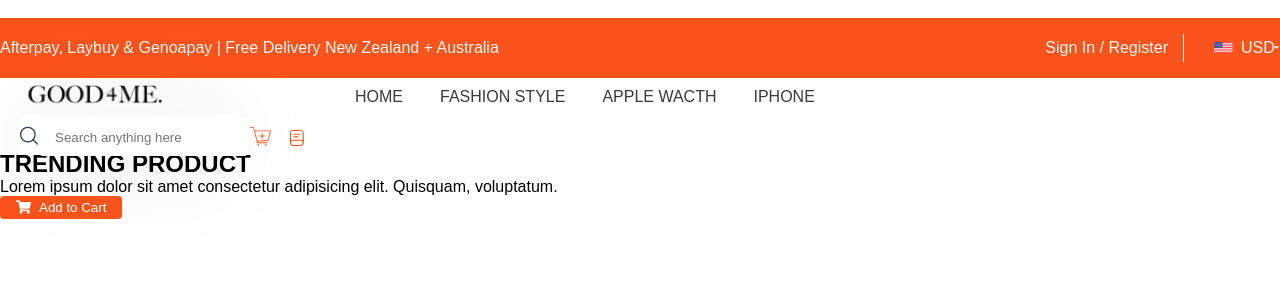
Repository: ThuatDev/shoppe_ale
Page: index.html
An editor plug-in stored every save of this project. The page is shown before and after the next save, followed by the edit.
The browser window is 1280 px wide. The pictures show the whole page.
Some web fonts or font styles are not loaded; a fallback is used.

Above is the page before, as saved 2023-08-07 17:58:23.

### index.html
<!DOCTYPE html>
<html lang="en">
  <head>
    <meta charset="UTF-8" />
    <meta name="viewport" content="width=device-width, initial-scale=1.0" />
    <title>Document</title>
    <link rel="stylesheet" href="./asset/css/style.css" />
    <link href="https://fonts.cdnfonts.com/css/gilroy-bold" rel="stylesheet" />
    <!-- import font awesome -->
    <link
      rel="stylesheet"
      href="https://cdnjs.cloudflare.com/ajax/libs/font-awesome/5.15.3/css/all.min.css"
    />
    <!-- reponsive cho mobi và tablet -->
    <link
      rel="stylesheet"
      media="screen and (max-width: 768px)"
      href="./asset/css/responsive.css"
    />
    <link
      rel="stylesheet"
      href="https://cdn.jsdelivr.net/npm/boxicons@2.0.9/css/boxicons.min.css"
    />
    <style></style>
  </head>
  <body>
    <i class="bx bx-page"></i>
    <header class="header">
      <div class="top-bar">
        <div class="site">
          <div class="site-info">
            <p class="site-desc">
              Afterpay, Laybuy & Genoapay | Free Delivery New Zealand +
              Australia
            </p>
          </div>
          <div class="user-actions">
            <div class="currency">
              <button class="sign-in-btn">Sign In / Register</button>
              <svg
                class="currency-icon"
                xmlns="http://www.w3.org/2000/svg"
                width="19"
                height="11"
                viewBox="0 0 19 11"
                fill="none"
              >
                <path
                  d="M16.9469 0.109375H1.37195C0.614218 0.109375 0 0.661118 0 1.34177V9.65821C0 10.3388 0.614218 10.8906 1.37195 10.8906H16.9469C17.7046 10.8906 18.3188 10.3389 18.3188 9.65821V1.34177C18.3188 0.661118 17.7046 0.109375 16.9469 0.109375Z"
                  fill="#EEEEEE"
                />
                <path
                  d="M0.0754395 0.938708H18.2433C18.0574 0.456066 17.5473 0.109375 16.9468 0.109375H1.37192C0.771411 0.109375 0.261382 0.456066 0.0754395 0.938708Z"
                  fill="#FF4B55"
                />
                <path
                  d="M18.3188 3.42651H0V4.25581H18.3188V3.42651Z"
                  fill="#FF4B55"
                />
                <path
                  d="M18.3188 1.76782H0V2.59712H18.3188V1.76782Z"
                  fill="#FF4B55"
                />
                <path
                  d="M0 5.63081C0 5.78749 0.141434 5.91454 0.315857 5.91454H18.3188V5.08521H0V5.63081Z"
                  fill="#FF4B55"
                />
                <path
                  d="M18.3188 8.40283H0V9.23217H18.3188V8.40283Z"
                  fill="#FF4B55"
                />
                <path
                  d="M18.2433 10.0613H0.0754395C0.261382 10.5439 0.771445 10.8906 1.37192 10.8906H16.9468C17.5473 10.8906 18.0573 10.5439 18.2433 10.0613Z"
                  fill="#FF4B55"
                />
                <path
                  d="M18.3188 6.74414H0V7.57344H18.3188V6.74414Z"
                  fill="#FF4B55"
                />
                <path
                  d="M0.315859 5.91467H8.21197C8.3864 5.91467 8.52783 5.78763 8.52783 5.63094V0.393104C8.52783 0.236391 8.3864 0.109375 8.21197 0.109375H1.37195C0.614222 0.109407 0 0.661149 0 1.3418V5.63094C0 5.78766 0.141435 5.91467 0.315859 5.91467Z"
                  fill="#41479B"
                />
                <path
                  d="M0.886873 0.760967L0.956786 0.949306L1.17779 0.950816C1.20642 0.951041 1.21826 0.983824 1.19526 0.99909L1.01747 1.11701L1.08416 1.30628C1.09282 1.33077 1.06173 1.35108 1.03843 1.33611L0.858643 1.22069L0.678851 1.33614C0.655559 1.35112 0.624538 1.3308 0.633125 1.30631L0.699818 1.11704L0.52203 0.999122C0.499024 0.983824 0.510867 0.951041 0.53949 0.950848L0.7605 0.949338L0.830413 0.760999C0.839429 0.736573 0.877785 0.736573 0.886873 0.760967Z"
                  fill="#EEEEEE"
                />
                <path
                  d="M0.886873 1.74605L0.956786 1.93439L1.17779 1.9359C1.20642 1.93613 1.21826 1.96888 1.19526 1.98417L1.01747 2.10213L1.08416 2.2914C1.09282 2.31589 1.06173 2.3362 1.03843 2.32122L0.858643 2.20581L0.678851 2.32125C0.655559 2.3362 0.624538 2.31592 0.633125 2.29143L0.699818 2.10216L0.52203 1.98421C0.499024 1.96891 0.510867 1.93616 0.53949 1.93593L0.7605 1.93442L0.830413 1.74608C0.839429 1.72169 0.877785 1.72169 0.886873 1.74605Z"
                  fill="#EEEEEE"
                />
                <path
                  d="M0.886873 2.73118L0.956786 2.91952L1.17779 2.92103C1.20642 2.92126 1.21826 2.95401 1.19526 2.96931L1.01747 3.08726L1.08416 3.27653C1.09282 3.30102 1.06173 3.32133 1.03843 3.30635L0.858643 3.19094L0.678851 3.30639C0.655559 3.32133 0.624538 3.30108 0.633125 3.27656L0.699818 3.08729L0.52203 2.96934C0.499024 2.95404 0.510867 2.92129 0.53949 2.92106L0.7605 2.91955L0.830413 2.73121C0.839429 2.70679 0.877785 2.70679 0.886873 2.73118Z"
                  fill="#EEEEEE"
                />
                <path
                  d="M0.886873 3.71629L0.956786 3.90463L1.17779 3.90614C1.20642 3.90636 1.21826 3.93915 1.19526 3.95441L1.01747 4.07236L1.08416 4.26164C1.09282 4.28613 1.06173 4.30644 1.03843 4.29146L0.858643 4.17605L0.678851 4.29149C0.655559 4.30644 0.624538 4.28616 0.633125 4.26167L0.699818 4.0724L0.52203 3.95444C0.499024 3.93921 0.510867 3.9064 0.53949 3.90617L0.7605 3.90466L0.830413 3.71632C0.839429 3.6919 0.877785 3.6919 0.886873 3.71629Z"
                  fill="#EEEEEE"
                />
                <path
                  d="M0.886873 4.70162L0.956786 4.88996L1.17779 4.89147C1.20642 4.89169 1.21826 4.92444 1.19526 4.93974L1.01747 5.05769L1.08416 5.24696C1.09282 5.27145 1.06173 5.29177 1.03843 5.27679L0.858643 5.16138L0.678851 5.27682C0.655559 5.29177 0.624538 5.27149 0.633125 5.247L0.699818 5.05772L0.52203 4.93977C0.499024 4.92447 0.510867 4.89172 0.53949 4.8915L0.7605 4.88999L0.830413 4.70165C0.839429 4.67725 0.877785 4.67726 0.886873 4.70162Z"
                  fill="#EEEEEE"
                />
                <path
                  d="M1.73819 1.24386L1.8081 1.4322L2.02911 1.43371C2.05774 1.43393 2.06958 1.46671 2.04657 1.48198L1.86879 1.59993L1.93548 1.7892C1.94414 1.8137 1.91305 1.83401 1.88975 1.81903L1.70996 1.70358L1.53017 1.81903C1.50688 1.83398 1.47586 1.8137 1.48444 1.7892L1.55114 1.59993L1.37335 1.48198C1.35034 1.46668 1.36219 1.43393 1.39081 1.43371L1.61182 1.4322L1.68173 1.24386C1.69075 1.2195 1.72914 1.2195 1.73819 1.24386Z"
                  fill="#EEEEEE"
                />
                <path
                  d="M1.73819 2.22899L1.8081 2.41733L2.02911 2.41884C2.05774 2.41906 2.06958 2.45185 2.04657 2.46711L1.86879 2.58507L1.93548 2.77434C1.94414 2.79883 1.91305 2.81914 1.88975 2.80416L1.70996 2.68872L1.53017 2.80416C1.50688 2.81911 1.47586 2.79886 1.48444 2.77434L1.55114 2.58507L1.37335 2.46711C1.35034 2.45188 1.36219 2.41906 1.39081 2.41884L1.61182 2.41733L1.68173 2.22899C1.69075 2.20459 1.72914 2.20459 1.73819 2.22899Z"
                  fill="#EEEEEE"
                />
                <path
                  d="M1.73819 3.21434L1.8081 3.40268L2.02911 3.40419C2.05774 3.40441 2.06958 3.43716 2.04657 3.45246L1.86879 3.57042L1.93548 3.75969C1.94414 3.78418 1.91305 3.80449 1.88975 3.78951L1.70996 3.67407L1.53017 3.78951C1.50688 3.80446 1.47586 3.78418 1.48444 3.75969L1.55114 3.57042L1.37335 3.45246C1.35034 3.43716 1.36219 3.40441 1.39081 3.40419L1.61182 3.40268L1.68173 3.21434C1.69075 3.18995 1.72914 3.18995 1.73819 3.21434Z"
                  fill="#EEEEEE"
                />
                <path
                  d="M1.73819 4.19942L1.8081 4.38776L2.02911 4.38927C2.05774 4.3895 2.06958 4.42225 2.04657 4.43755L1.86879 4.5555L1.93548 4.74477C1.94414 4.76926 1.91305 4.78957 1.88975 4.7746L1.70996 4.65915L1.53017 4.7746C1.50688 4.78957 1.47586 4.76926 1.48444 4.74477L1.55114 4.5555L1.37335 4.43755C1.35034 4.42225 1.36219 4.3895 1.39081 4.38927L1.61182 4.38776L1.68173 4.19942C1.69075 4.17506 1.72914 4.17506 1.73819 4.19942Z"
                  fill="#EEEEEE"
                />
                <path
                  d="M2.58944 0.760727L2.65934 0.949066L2.88031 0.950576C2.90893 0.950801 2.92077 0.983584 2.89777 0.99885L2.72002 1.11677L2.7867 1.30604C2.79535 1.33053 2.76427 1.35084 2.74098 1.33587L2.56122 1.22042L2.38146 1.33587C2.35817 1.35084 2.32715 1.33053 2.33574 1.30604L2.40242 1.11677L2.22466 0.99885C2.20166 0.983552 2.2135 0.950769 2.24212 0.950576L2.46309 0.949066L2.53299 0.760727C2.54201 0.736333 2.58039 0.736333 2.58944 0.760727Z"
                  fill="#EEEEEE"
                />
                <path
                  d="M2.58944 1.74605L2.65934 1.93439L2.88031 1.9359C2.90893 1.93613 2.92077 1.96888 2.89777 1.98418L2.72002 2.10213L2.7867 2.2914C2.79535 2.31589 2.76427 2.33621 2.74098 2.32123L2.56122 2.20578L2.38146 2.32123C2.35817 2.33617 2.32715 2.31589 2.33574 2.2914L2.40242 2.10213L2.22466 1.98418C2.20166 1.96888 2.2135 1.93613 2.24212 1.9359L2.46309 1.93439L2.53299 1.74605C2.54201 1.72169 2.58039 1.72169 2.58944 1.74605Z"
                  fill="#EEEEEE"
                />
                <path
                  d="M2.58944 2.73119L2.65934 2.91952L2.88031 2.92104C2.90893 2.92126 2.92077 2.95401 2.89777 2.96931L2.72002 3.08726L2.7867 3.27653C2.79535 3.30102 2.76427 3.32134 2.74098 3.30636L2.56122 3.19091L2.38146 3.30636C2.35817 3.3213 2.32715 3.30106 2.33574 3.27653L2.40242 3.08726L2.22466 2.96931C2.20166 2.95401 2.2135 2.92126 2.24212 2.92104L2.46309 2.91952L2.53299 2.73119C2.54201 2.70679 2.58039 2.70679 2.58944 2.73119Z"
                  fill="#EEEEEE"
                />
                <path
                  d="M2.58944 3.71654L2.65934 3.90488L2.88031 3.90639C2.90893 3.90661 2.92077 3.93939 2.89777 3.95466L2.72002 4.07261L2.7867 4.26188C2.79535 4.28637 2.76427 4.30669 2.74098 4.29171L2.56122 4.17626L2.38146 4.29171C2.35817 4.30665 2.32715 4.28637 2.33574 4.26188L2.40242 4.07261L2.22466 3.95466C2.20166 3.93943 2.2135 3.90661 2.24212 3.90639L2.46309 3.90488L2.53299 3.71654C2.54201 3.69214 2.58039 3.69214 2.58944 3.71654Z"
                  fill="#EEEEEE"
                />
                <path
                  d="M2.58944 4.70162L2.65934 4.88996L2.88031 4.89147C2.90893 4.8917 2.92077 4.92445 2.89777 4.93974L2.72002 5.0577L2.7867 5.24697C2.79535 5.27146 2.76427 5.29177 2.74098 5.27679L2.56122 5.16135L2.38146 5.27679C2.35817 5.29174 2.32715 5.27146 2.33574 5.24697L2.40242 5.0577L2.22466 4.93974C2.20166 4.92445 2.2135 4.8917 2.24212 4.89147L2.46309 4.88996L2.53299 4.70162C2.54201 4.67726 2.58039 4.67726 2.58944 4.70162Z"
                  fill="#EEEEEE"
                />
                <path
                  d="M3.44083 1.24386L3.51074 1.4322L3.73175 1.43371C3.76037 1.43393 3.77222 1.46671 3.74921 1.48198L3.57142 1.59993L3.63812 1.7892C3.64677 1.8137 3.61568 1.83401 3.59239 1.81903L3.4126 1.70358L3.23281 1.81903C3.20951 1.83398 3.17849 1.8137 3.18708 1.7892L3.25377 1.59993L3.07598 1.48198C3.05298 1.46668 3.06482 1.43393 3.09345 1.43371L3.31445 1.4322L3.38437 1.24386C3.39335 1.2195 3.43178 1.2195 3.44083 1.24386Z"
                  fill="#EEEEEE"
                />
                <path
                  d="M3.44083 2.22899L3.51074 2.41733L3.73175 2.41884C3.76037 2.41906 3.77222 2.45185 3.74921 2.46711L3.57142 2.58507L3.63812 2.77434C3.64677 2.79883 3.61568 2.81914 3.59239 2.80416L3.4126 2.68872L3.23281 2.80416C3.20951 2.81911 3.17849 2.79886 3.18708 2.77434L3.25377 2.58507L3.07598 2.46711C3.05298 2.45188 3.06482 2.41906 3.09345 2.41884L3.31445 2.41733L3.38437 2.22899C3.39335 2.20459 3.43178 2.20459 3.44083 2.22899Z"
                  fill="#EEEEEE"
                />
                <path
                  d="M3.44083 3.21434L3.51074 3.40268L3.73175 3.40419C3.76037 3.40441 3.77222 3.43716 3.74921 3.45246L3.57142 3.57042L3.63812 3.75969C3.64677 3.78418 3.61568 3.80449 3.59239 3.78951L3.4126 3.67407L3.23281 3.78951C3.20951 3.80446 3.17849 3.78418 3.18708 3.75969L3.25377 3.57042L3.07598 3.45246C3.05298 3.43716 3.06482 3.40441 3.09345 3.40419L3.31445 3.40268L3.38437 3.21434C3.39335 3.18995 3.43178 3.18995 3.44083 3.21434Z"
                  fill="#EEEEEE"
                />
                <path
                  d="M3.44083 4.19942L3.51074 4.38776L3.73175 4.38927C3.76037 4.3895 3.77222 4.42225 3.74921 4.43755L3.57142 4.5555L3.63812 4.74477C3.64677 4.76926 3.61568 4.78957 3.59239 4.7746L3.4126 4.65915L3.23281 4.7746C3.20951 4.78957 3.17849 4.76926 3.18708 4.74477L3.25377 4.5555L3.07598 4.43755C3.05298 4.42225 3.06482 4.3895 3.09345 4.38927L3.31445 4.38776L3.38437 4.19942C3.39335 4.17506 3.43178 4.17506 3.44083 4.19942Z"
                  fill="#EEEEEE"
                />
                <path
                  d="M4.29211 0.760723L4.36203 0.949062L4.58307 0.950572C4.61169 0.950797 4.62354 0.98358 4.60053 0.998846L4.42272 1.11677L4.48942 1.30604C4.49808 1.33053 4.46698 1.35084 4.44369 1.33586L4.26384 1.22045L4.08402 1.33589C4.06073 1.35087 4.0297 1.33056 4.03829 1.30607L4.10499 1.1168L3.92718 0.998878C3.90417 0.98358 3.91602 0.950797 3.94465 0.950604L4.16568 0.949094L4.2356 0.760755C4.24466 0.736329 4.28305 0.736329 4.29211 0.760723Z"
                  fill="#EEEEEE"
                />
                <path
                  d="M4.29211 1.74605L4.36203 1.93439L4.58307 1.9359C4.61169 1.93613 4.62354 1.96888 4.60053 1.98418L4.42272 2.10213L4.48942 2.2914C4.49808 2.31589 4.46698 2.33621 4.44369 2.32123L4.26384 2.20578L4.08402 2.32123C4.06073 2.33617 4.0297 2.31589 4.03829 2.2914L4.10499 2.10213L3.92718 1.98418C3.90417 1.96888 3.91602 1.93613 3.94465 1.9359L4.16568 1.93439L4.2356 1.74605C4.24466 1.72169 4.28305 1.72169 4.29211 1.74605Z"
                  fill="#EEEEEE"
                />
                <path
                  d="M4.29211 2.73119L4.36203 2.91953L4.58307 2.92104C4.61169 2.92126 4.62354 2.95401 4.60053 2.96931L4.42272 3.08727L4.48942 3.27654C4.49808 3.30103 4.46698 3.32134 4.44369 3.30636L4.26384 3.19088L4.08402 3.30633C4.06073 3.32127 4.0297 3.30099 4.03829 3.2765L4.10499 3.08723L3.92718 2.96928C3.90417 2.95398 3.91602 2.92123 3.94465 2.92101L4.16568 2.9195L4.2356 2.73116C4.24466 2.7068 4.28305 2.7068 4.29211 2.73119Z"
                  fill="#EEEEEE"
                />
                <path
                  d="M4.29211 3.71654L4.36203 3.90488L4.58307 3.90639C4.61169 3.90661 4.62354 3.93939 4.60053 3.95466L4.42272 4.07261L4.48942 4.26188C4.49808 4.28637 4.46698 4.30669 4.44369 4.29171L4.26384 4.17626L4.08402 4.29171C4.06073 4.30665 4.0297 4.28637 4.03829 4.26188L4.10499 4.07261L3.92718 3.95466C3.90417 3.93943 3.91602 3.90661 3.94465 3.90639L4.16568 3.90488L4.2356 3.71654C4.24466 3.69214 4.28305 3.69214 4.29211 3.71654Z"
                  fill="#EEEEEE"
                />
                <path
                  d="M4.29211 4.70162L4.36203 4.88996L4.58307 4.89147C4.61169 4.8917 4.62354 4.92445 4.60053 4.93974L4.42272 5.0577L4.48942 5.24697C4.49808 5.27146 4.46698 5.29177 4.44369 5.27679L4.26384 5.16135L4.08402 5.27679C4.06073 5.29174 4.0297 5.27146 4.03829 5.24697L4.10499 5.0577L3.92718 4.93974C3.90417 4.92445 3.91602 4.8917 3.94465 4.89147L4.16568 4.88996L4.2356 4.70162C4.24466 4.67726 4.28305 4.67726 4.29211 4.70162Z"
                  fill="#EEEEEE"
                />
                <path
                  d="M5.14346 1.24386L5.21338 1.4322L5.43439 1.43371C5.46301 1.43393 5.47485 1.46671 5.45185 1.48198L5.27406 1.59993L5.34075 1.7892C5.34941 1.8137 5.31832 1.83401 5.29503 1.81903L5.11523 1.70358L4.93544 1.81903C4.91215 1.83398 4.88113 1.8137 4.88972 1.7892L4.95641 1.59993L4.77862 1.48198C4.75562 1.46668 4.76746 1.43393 4.79608 1.43371L5.01709 1.4322L5.087 1.24386C5.09606 1.2195 5.13441 1.2195 5.14346 1.24386Z"
                  fill="#EEEEEE"
                />
                <path
                  d="M5.14346 2.22899L5.21338 2.41733L5.43439 2.41884C5.46301 2.41906 5.47485 2.45185 5.45185 2.46711L5.27406 2.58507L5.34075 2.77434C5.34941 2.79883 5.31832 2.81914 5.29503 2.80416L5.11523 2.68872L4.93544 2.80416C4.91215 2.81911 4.88113 2.79886 4.88972 2.77434L4.95641 2.58507L4.77862 2.46711C4.75562 2.45188 4.76746 2.41906 4.79608 2.41884L5.01709 2.41733L5.087 2.22899C5.09606 2.20459 5.13441 2.20459 5.14346 2.22899Z"
                  fill="#EEEEEE"
                />
                <path
                  d="M5.14346 3.21434L5.21338 3.40268L5.43439 3.40419C5.46301 3.40441 5.47485 3.43716 5.45185 3.45246L5.27406 3.57042L5.34075 3.75969C5.34941 3.78418 5.31832 3.80449 5.29503 3.78951L5.11523 3.67407L4.93544 3.78951C4.91215 3.80446 4.88113 3.78418 4.88972 3.75969L4.95641 3.57042L4.77862 3.45246C4.75562 3.43716 4.76746 3.40441 4.79608 3.40419L5.01709 3.40268L5.087 3.21434C5.09606 3.18995 5.13441 3.18995 5.14346 3.21434Z"
                  fill="#EEEEEE"
                />
                <path
                  d="M5.14346 4.19942L5.21338 4.38776L5.43439 4.38927C5.46301 4.3895 5.47485 4.42225 5.45185 4.43755L5.27406 4.5555L5.34075 4.74477C5.34941 4.76926 5.31832 4.78957 5.29503 4.7746L5.11523 4.65915L4.93544 4.7746C4.91215 4.78957 4.88113 4.76926 4.88972 4.74477L4.95641 4.5555L4.77862 4.43755C4.75562 4.42225 4.76746 4.3895 4.79608 4.38927L5.01709 4.38776L5.087 4.19942C5.09606 4.17506 5.13441 4.17506 5.14346 4.19942Z"
                  fill="#EEEEEE"
                />
                <path
                  d="M5.99466 0.760727L6.06457 0.949066L6.28558 0.950576C6.31421 0.950801 6.32605 0.983584 6.30304 0.99885L6.12526 1.11677L6.19195 1.30604C6.20061 1.33053 6.16951 1.35084 6.14622 1.33587L5.96643 1.22042L5.78664 1.33587C5.76335 1.35084 5.73233 1.33053 5.74091 1.30604L5.80761 1.11677L5.62982 0.99885C5.60681 0.983552 5.61865 0.950769 5.64728 0.950576L5.86829 0.949066L5.9382 0.760727C5.94718 0.736333 5.98561 0.736333 5.99466 0.760727Z"
                  fill="#EEEEEE"
                />
                <path
                  d="M5.99466 1.74605L6.06457 1.93439L6.28558 1.9359C6.31421 1.93613 6.32605 1.96888 6.30304 1.98418L6.12526 2.10213L6.19195 2.2914C6.20061 2.31589 6.16951 2.33621 6.14622 2.32123L5.96643 2.20578L5.78664 2.32123C5.76335 2.33617 5.73233 2.31589 5.74091 2.2914L5.80761 2.10213L5.62982 1.98418C5.60681 1.96888 5.61865 1.93613 5.64728 1.9359L5.86829 1.93439L5.9382 1.74605C5.94718 1.72169 5.98561 1.72169 5.99466 1.74605Z"
                  fill="#EEEEEE"
                />
                <path
                  d="M5.99466 2.73119L6.06457 2.91952L6.28558 2.92104C6.31421 2.92126 6.32605 2.95401 6.30304 2.96931L6.12526 3.08726L6.19195 3.27653C6.20061 3.30102 6.16951 3.32134 6.14622 3.30636L5.96643 3.19091L5.78664 3.30636C5.76335 3.3213 5.73233 3.30106 5.74091 3.27653L5.80761 3.08726L5.62982 2.96931C5.60681 2.95401 5.61865 2.92126 5.64728 2.92104L5.86829 2.91952L5.9382 2.73119C5.94718 2.70679 5.98561 2.70679 5.99466 2.73119Z"
                  fill="#EEEEEE"
                />
                <path
                  d="M5.99466 3.71654L6.06457 3.90488L6.28558 3.90639C6.31421 3.90661 6.32605 3.93939 6.30304 3.95466L6.12526 4.07261L6.19195 4.26188C6.20061 4.28637 6.16951 4.30669 6.14622 4.29171L5.96643 4.17626L5.78664 4.29171C5.76335 4.30665 5.73233 4.28637 5.74091 4.26188L5.80761 4.07261L5.62982 3.95466C5.60681 3.93943 5.61865 3.90661 5.64728 3.90639L5.86829 3.90488L5.9382 3.71654C5.94718 3.69214 5.98561 3.69214 5.99466 3.71654Z"
                  fill="#EEEEEE"
                />
                <path
                  d="M5.99466 4.70162L6.06457 4.88996L6.28558 4.89147C6.31421 4.8917 6.32605 4.92445 6.30304 4.93974L6.12526 5.0577L6.19195 5.24697C6.20061 5.27146 6.16951 5.29177 6.14622 5.27679L5.96643 5.16135L5.78664 5.27679C5.76335 5.29174 5.73233 5.27146 5.74091 5.24697L5.80761 5.0577L5.62982 4.93974C5.60681 4.92445 5.61865 4.8917 5.64728 4.89147L5.86829 4.88996L5.9382 4.70162C5.94718 4.67726 5.98561 4.67726 5.99466 4.70162Z"
                  fill="#EEEEEE"
                />
                <path
                  d="M6.8461 1.24386L6.91601 1.4322L7.13702 1.43371C7.16565 1.43393 7.17749 1.46671 7.15448 1.48198L6.9767 1.59993L7.04339 1.7892C7.05205 1.8137 7.02096 1.83401 6.99766 1.81903L6.81787 1.70358L6.63808 1.81903C6.61479 1.83398 6.58377 1.8137 6.59235 1.7892L6.65905 1.59993L6.48126 1.48198C6.45825 1.46668 6.47009 1.43393 6.49872 1.43371L6.71973 1.4322L6.78964 1.24386C6.79866 1.2195 6.83705 1.2195 6.8461 1.24386Z"
                  fill="#EEEEEE"
                />
                <path
                  d="M6.8461 2.22899L6.91601 2.41733L7.13702 2.41884C7.16565 2.41906 7.17749 2.45185 7.15448 2.46711L6.9767 2.58507L7.04339 2.77434C7.05205 2.79883 7.02096 2.81914 6.99766 2.80416L6.81787 2.68872L6.63808 2.80416C6.61479 2.81911 6.58377 2.79886 6.59235 2.77434L6.65905 2.58507L6.48126 2.46711C6.45825 2.45188 6.47009 2.41906 6.49872 2.41884L6.71973 2.41733L6.78964 2.22899C6.79866 2.20459 6.83705 2.20459 6.8461 2.22899Z"
                  fill="#EEEEEE"
                />
                <path
                  d="M6.8461 3.21434L6.91601 3.40268L7.13702 3.40419C7.16565 3.40441 7.17749 3.43716 7.15448 3.45246L6.9767 3.57042L7.04339 3.75969C7.05205 3.78418 7.02096 3.80449 6.99766 3.78951L6.81787 3.67407L6.63808 3.78951C6.61479 3.80446 6.58377 3.78418 6.59235 3.75969L6.65905 3.57042L6.48126 3.45246C6.45825 3.43716 6.47009 3.40441 6.49872 3.40419L6.71973 3.40268L6.78964 3.21434C6.79866 3.18995 6.83705 3.18995 6.8461 3.21434Z"
                  fill="#EEEEEE"
                />
                <path
                  d="M6.8461 4.19942L6.91601 4.38776L7.13702 4.38927C7.16565 4.3895 7.17749 4.42225 7.15448 4.43755L6.9767 4.5555L7.04339 4.74477C7.05205 4.76926 7.02096 4.78957 6.99766 4.7746L6.81787 4.65915L6.63808 4.7746C6.61479 4.78957 6.58377 4.76926 6.59235 4.74477L6.65905 4.5555L6.48126 4.43755C6.45825 4.42225 6.47009 4.3895 6.49872 4.38927L6.71973 4.38776L6.78964 4.19942C6.79866 4.17506 6.83705 4.17506 6.8461 4.19942Z"
                  fill="#EEEEEE"
                />
                <path
                  d="M7.69742 0.760727L7.76733 0.949066L7.98834 0.950576C8.01697 0.950801 8.02881 0.983584 8.0058 0.99885L7.82801 1.11677L7.89471 1.30604C7.90337 1.33053 7.87227 1.35084 7.84898 1.33587L7.66919 1.22042L7.4894 1.33587C7.46611 1.35084 7.43508 1.33053 7.44367 1.30604L7.51036 1.11677L7.33258 0.99885C7.30957 0.983552 7.32141 0.950769 7.35004 0.950576L7.57105 0.949066L7.64096 0.760727C7.64998 0.736333 7.68833 0.736333 7.69742 0.760727Z"
                  fill="#EEEEEE"
                />
                <path
                  d="M7.69742 1.74605L7.76733 1.93439L7.98834 1.9359C8.01697 1.93613 8.02881 1.96888 8.0058 1.98418L7.82801 2.10213L7.89471 2.2914C7.90337 2.31589 7.87227 2.33621 7.84898 2.32123L7.66919 2.20578L7.4894 2.32123C7.46611 2.33617 7.43508 2.31589 7.44367 2.2914L7.51036 2.10213L7.33258 1.98418C7.30957 1.96888 7.32141 1.93613 7.35004 1.9359L7.57105 1.93439L7.64096 1.74605C7.64998 1.72169 7.68833 1.72169 7.69742 1.74605Z"
                  fill="#EEEEEE"
                />
                <path
                  d="M7.69742 2.73119L7.76733 2.91952L7.98834 2.92104C8.01697 2.92126 8.02881 2.95401 8.0058 2.96931L7.82801 3.08726L7.89471 3.27653C7.90337 3.30102 7.87227 3.32134 7.84898 3.30636L7.66919 3.19091L7.4894 3.30636C7.46611 3.3213 7.43508 3.30106 7.44367 3.27653L7.51036 3.08726L7.33258 2.96931C7.30957 2.95401 7.32141 2.92126 7.35004 2.92104L7.57105 2.91952L7.64096 2.73119C7.64998 2.70679 7.68833 2.70679 7.69742 2.73119Z"
                  fill="#EEEEEE"
                />
                <path
                  d="M7.69742 3.71654L7.76733 3.90488L7.98834 3.90639C8.01697 3.90661 8.02881 3.93939 8.0058 3.95466L7.82801 4.07261L7.89471 4.26188C7.90337 4.28637 7.87227 4.30669 7.84898 4.29171L7.66919 4.17626L7.4894 4.29171C7.46611 4.30665 7.43508 4.28637 7.44367 4.26188L7.51036 4.07261L7.33258 3.95466C7.30957 3.93943 7.32141 3.90661 7.35004 3.90639L7.57105 3.90488L7.64096 3.71654C7.64998 3.69214 7.68833 3.69214 7.69742 3.71654Z"
                  fill="#EEEEEE"
                />
                <path
                  d="M7.69742 4.70162L7.76733 4.88996L7.98834 4.89147C8.01697 4.8917 8.02881 4.92445 8.0058 4.93974L7.82801 5.0577L7.89471 5.24697C7.90337 5.27146 7.87227 5.29177 7.84898 5.27679L7.66919 5.16135L7.4894 5.27679C7.46611 5.29174 7.43508 5.27146 7.44367 5.24697L7.51036 5.0577L7.33258 4.93974C7.30957 4.92445 7.32141 4.8917 7.35004 4.89147L7.57105 4.88996L7.64096 4.70162C7.64998 4.67726 7.68833 4.67726 7.69742 4.70162Z"
                  fill="#EEEEEE"
                />
              </svg>
              <p class="currency-option">USD</p>
              <!-- tạo cho tôi icon mũi trên từ trên xuống dưới -->
              <svg
                xmlns="http://www.w3.org/2000/svg"
                width="7"
                height="3"
                viewBox="0 0 7 3"
                fill="none"
              >
                <path
                  d="M0.318848 0.152344L3.31941 2.84766L6.31995 0.152344H0.318848Z"
                  fill="white"
                />
              </svg>
            </div>
          </div>
        </div>
      </div>
      <nav>
        <div class="site-2">
          <div class="logo">
            <img src="./asset/image/Logo_-_Good4Me_140x 1.png" alt="" />
          </div>
          <ul class="menu">
            <li class="menu-item">HOME</li>
            <li class="menu-item">FASHION STYLE</li>
            <li class="menu-item">APPLE WACTH</li>
            <li class="menu-item">IPHONE</li>
          </ul>
          <div class="search">
            <div class="icon-search"></div>
            <input
              type="text"
              placeholder="Search anything here"
              class="input-search"
            />
          </div>

          <div class="custom-icon-container">
            <div class="colorx">
              <div class="icon-cart"></div>
            </div>
            <div class="icon-page"></div>
          </div>
        </div>
      </nav>
    </header>
    <section class="banner">
      <div class="banners">
        <div class="banner-title">
          <h1 class="title">TRENDING PRODUCT</h1>
        </div>
        <div class="banner-desc">
          <p class="desc">
            Lorem ipsum dolor sit amet consectetur adipisicing elit. Quisquam,
            voluptatum.
          </p>
        </div>
        <div class="banner-bnt">
        <button class="add-to-cart-button">
    <i class="cart-icon fas fa-shopping-cart"></i>
    Add to Cart
  </button>
      </div>
    </section>
  </body>
</html>

### asset/css/responsive.css
@media (max-width: 767px) {
  /* Điều chỉnh kiểu dáng và bố cục cho màn hình điện thoại di động */
  .site .site-info .site-desc {
    display: none;
  }
  .site {
    flex-direction: column-reverse;
    height: auto;
  }
}

Loaded but not shown: asset/image/cart.svg (14 lines, source omitted); asset/image/search.svg (24 lines, source omitted); asset/css/style.css (205 lines, source omitted)

After the next save:
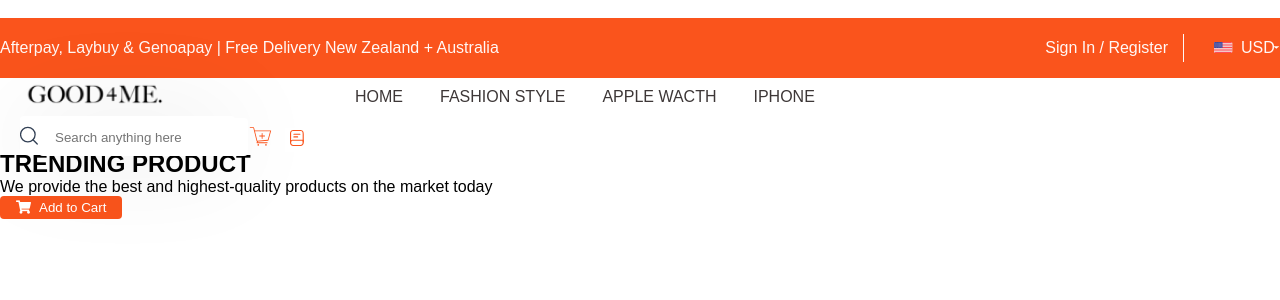
Saved 7 s later.
--- a/index.html
+++ b/index.html
@@ -300,8 +300,7 @@
         </div>
         <div class="banner-desc">
           <p class="desc">
-            Lorem ipsum dolor sit amet consectetur adipisicing elit. Quisquam,
-            voluptatum.
+         We provide the best and highest-quality products on the market today
           </p>
         </div>
         <div class="banner-bnt">
